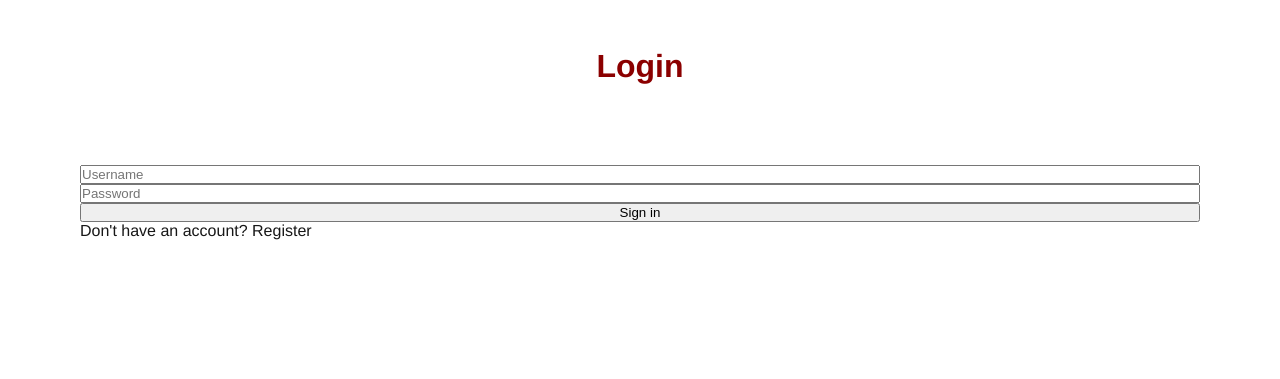
Repository: EricRobertCampbell/palaeo-fossil-classifier
Page: /login (app in palaeo-fossil-classifier/)
The author's editor kept a copy of each file at every save. The page is drawn from the files as they stood at one save, then again after the next save.
The browser window is 1280 px wide. The pictures show the whole page.
The project was rebuilt for these pictures with package versions that can differ from the ones it lists, and the page was loaded fresh each time. The framework's server and built-in components were replaced by stand-ins that run in the browser. Also part of the build but not shown: palaeo-fossil-classifier/next.config.ts.

Above is the page before, as saved 2024-11-30 12:38:50.

After the next save:
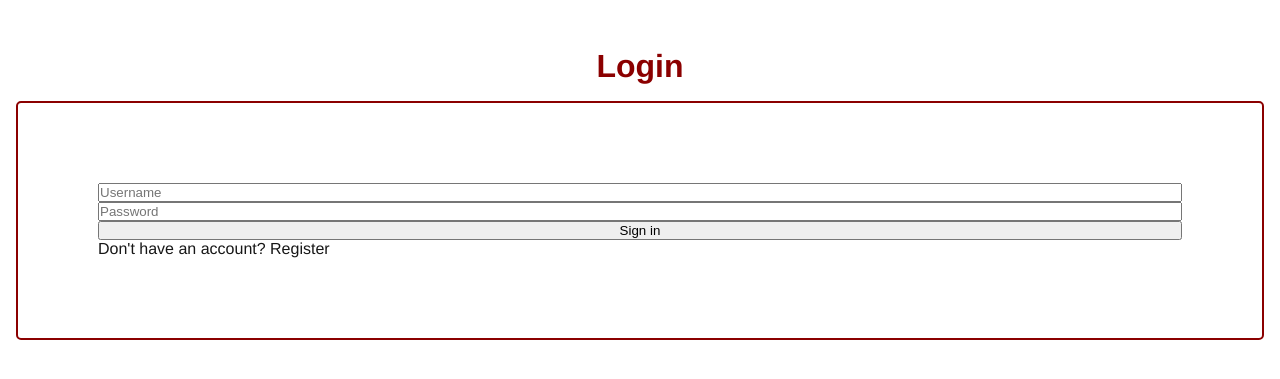
Saved 64 s later.
--- a/palaeo-fossil-classifier/app/login/page.module.css
+++ b/palaeo-fossil-classifier/app/login/page.module.css
@@ -1,5 +1,7 @@
 .login{
-
+    margin: 1rem;
+    border: 2px solid #8b0000;
+    border-radius: 5px;
 }
 
 .title{
@@ -17,3 +19,6 @@
 .button{
 
 }
+.input{
+
+}
